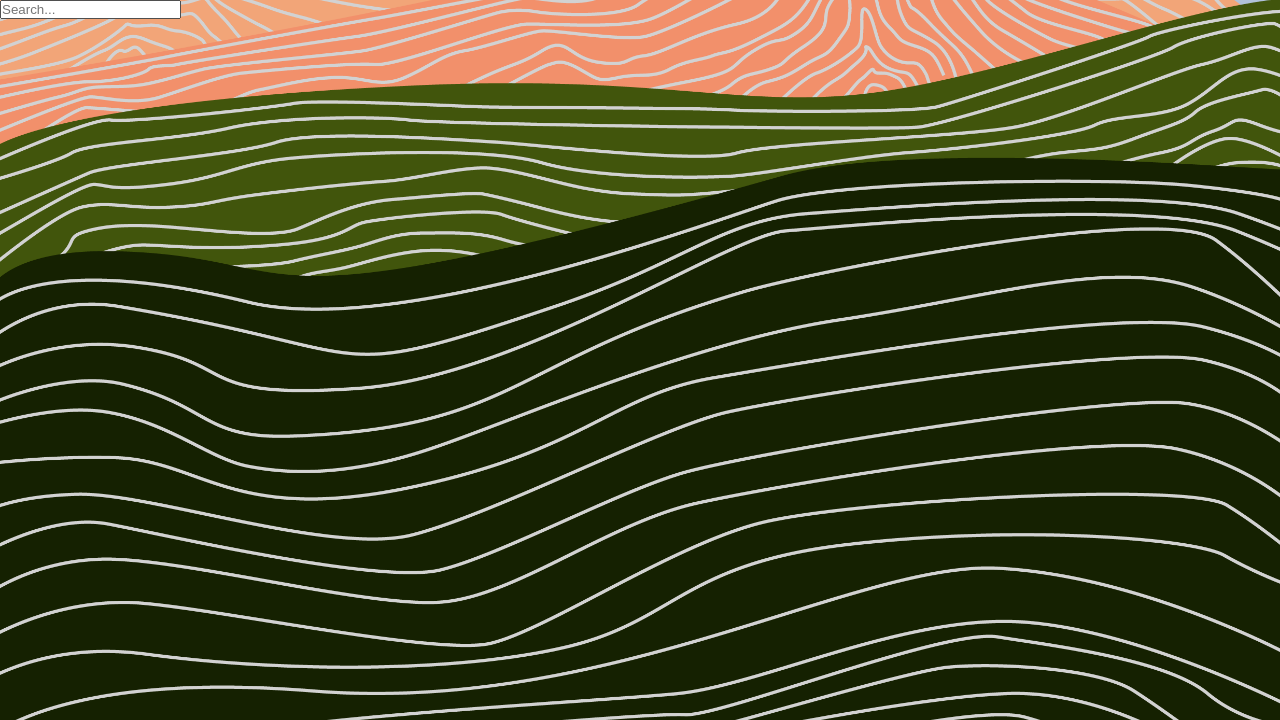
Repository: burntaftermint/weather
Page: /
The author's editor kept a copy of each file at every save. The page is drawn from the files as they stood at one save, then again after the next save.
The browser window is 1280 px wide. The pictures show the whole page.
The project was rebuilt for these pictures with package versions that can differ from the ones it lists, and the page was loaded fresh each time.

Above is the page before, as saved 2023-11-02 04:32:34.

### src/index.css
* {
  margin: 0;
  padding: 0;
  box-sizing: border-box;
}

body {
  font-family: 'montseratt', sans-seriff;
}

.app {
  background-image: url('./assets/cold-bkg.png');
  background-size: cover;
  background-position: bottom;
  transition: 0.4 ease-out;
}

.app.warm {
  background-image: url('./assets/warm-bkg.png');
}

main {
  min-height: 100vh;
}

### src/App.js
import React from "react";
const api = {
  key: "aae71886c63e3353f55a2d87e4ab0d82",
  base: "https://api.openweathermap.org/data/2.5"
}
function App() {
  return (
    <div className="app">
      <main>
        <div className="search-box">
          <input
            type="text"
            className="search-bar"
            placeholder="Search..."
          />
        </div>
      </main>
    </div>
  );
}

export default App;

Loaded but not shown: public/index.html (common file); src/index.js (common file); src/reportWebVitals.js (common file)

After the next save:
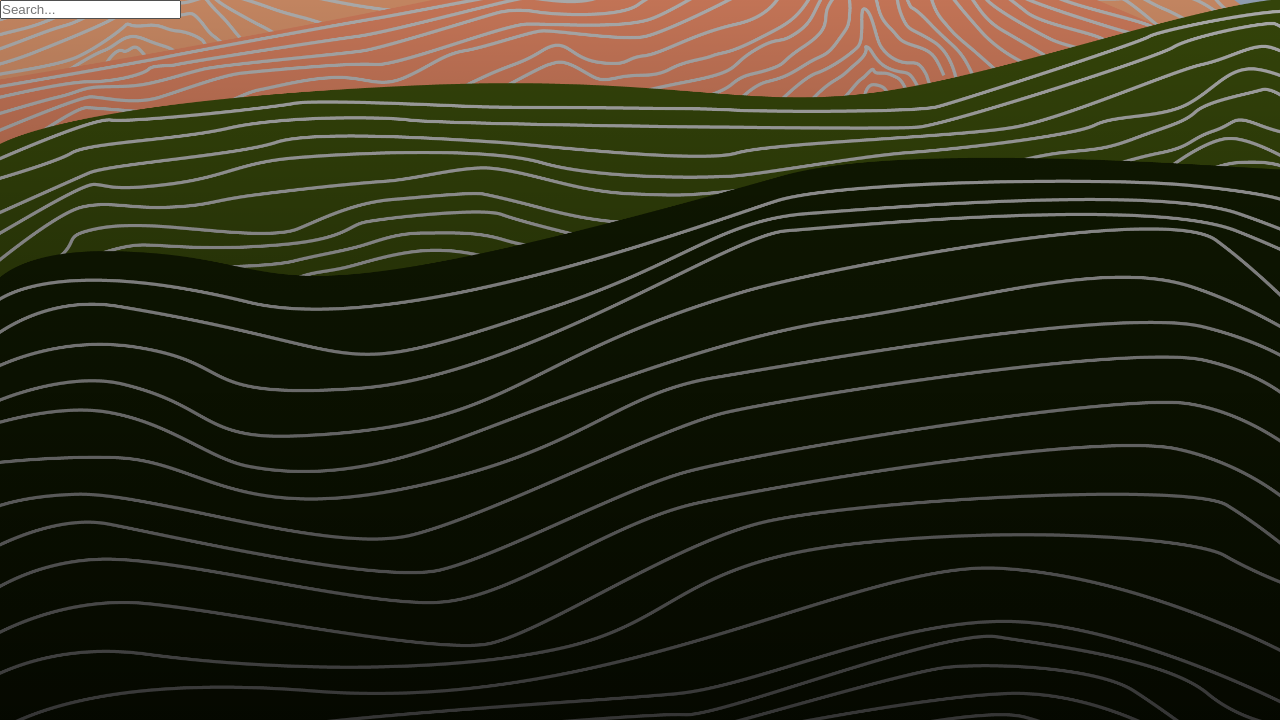
Saved 79 s later.
--- a/src/index.css
+++ b/src/index.css
@@ -21,4 +21,5 @@ body {
 
 main {
   min-height: 100vh;
+  background-image: linear-gradient(to bottom, rgba(0, 0, 0, 0.2), rgba(0, 0, 0, 0.75));
 }
